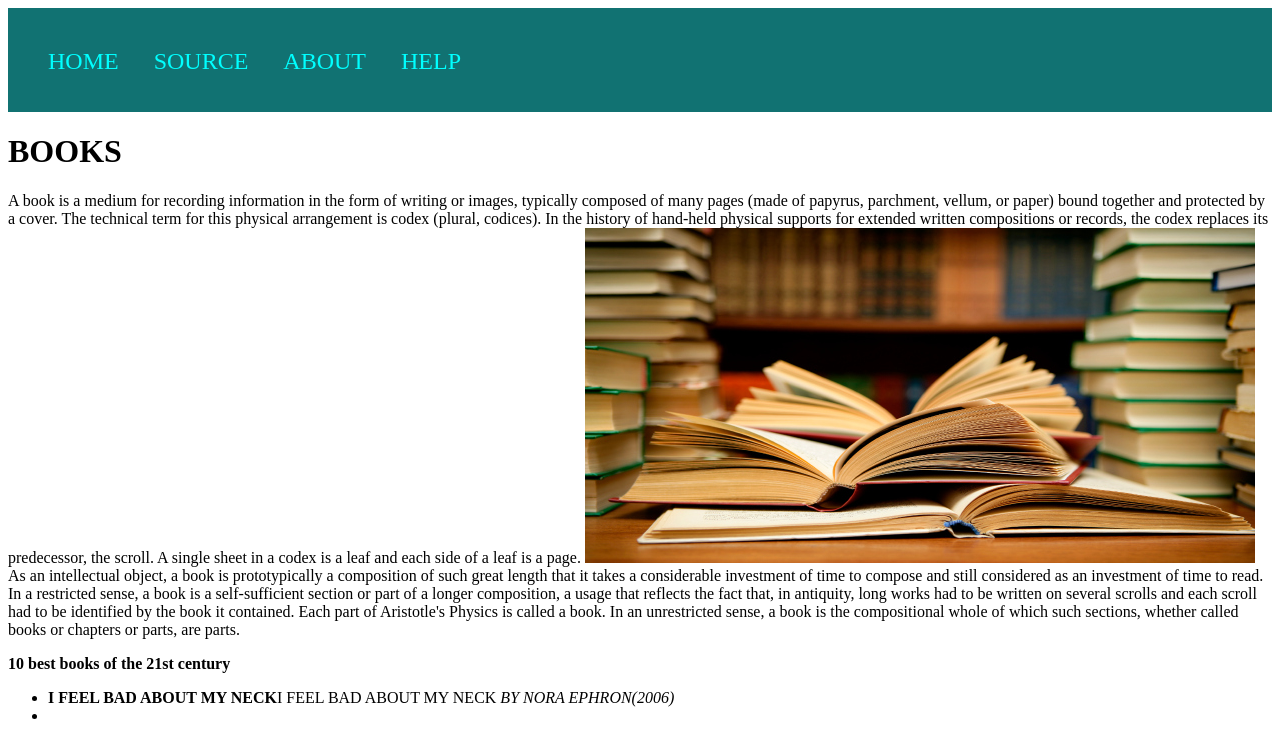
Repository: Hanan-arts/websites
Page: 01 web design/website.html
The author's editor kept a copy of each file at every save. The page is drawn from the files as they stood at one save, then again after the next save.
The browser window is 1280 px wide. The pictures show the whole page.

Above is the page before, as saved 2021-02-13 21:19:37.

After the next save:
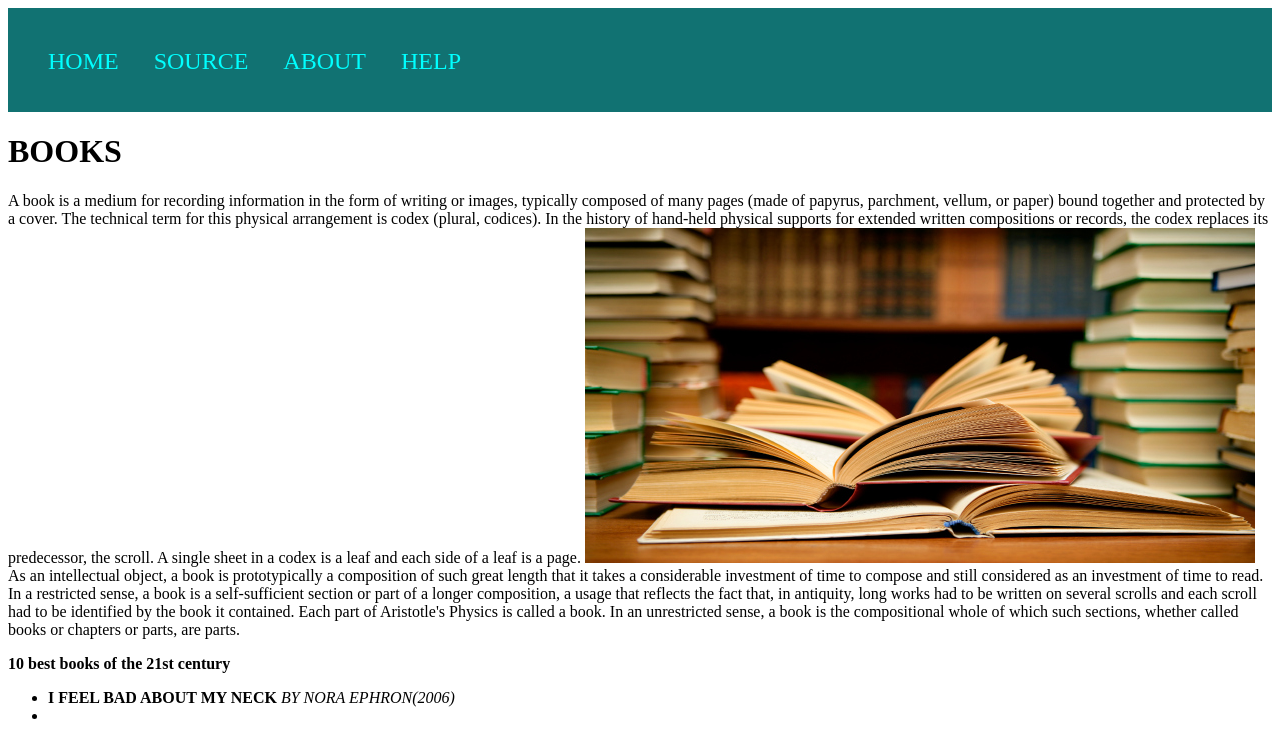
Saved 7 s later.
--- a/01 web design/website.html
+++ b/01 web design/website.html
@@ -51,7 +51,7 @@ are parts.
 <p>
     <div>
         <ul>
-            <li><b>I FEEL BAD ABOUT MY NECK</b>I FEEL BAD ABOUT MY NECK <i>BY NORA EPHRON(2006)
+            <li><b>I FEEL BAD ABOUT MY NECK</b> <i>BY NORA EPHRON(2006)
 
             </i></li>
             <li></li>
